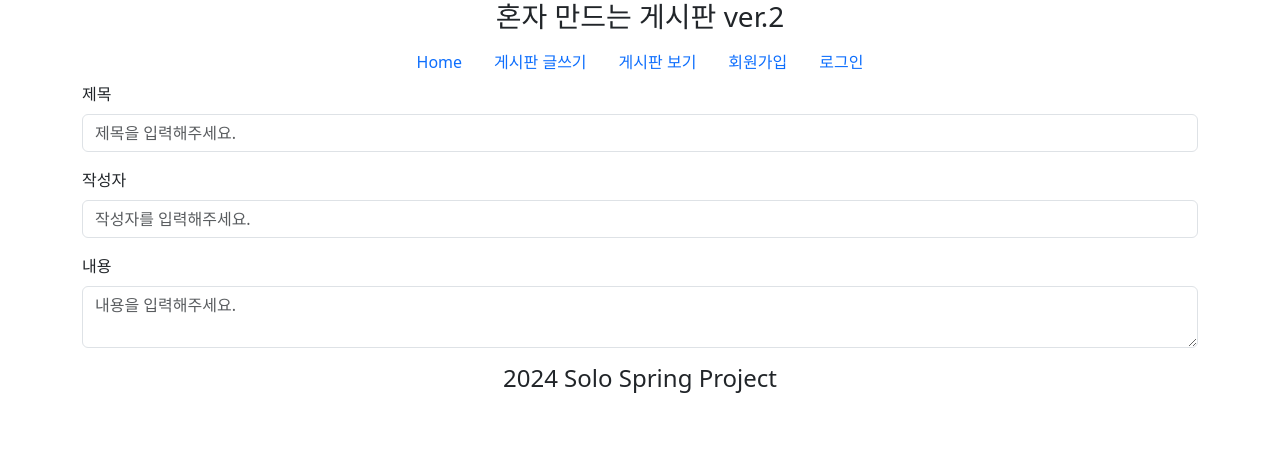
Repository: nefer2/Spring_test
Page: http://localhost/spring_test7/WEB-INF/views/board/register.jsp
An editor plug-in stored every save of this project. The page is shown before and after the next save, followed by the edit.
The browser window is 1280 px wide. The pictures show the whole page.
The page is served by Tomcat 9. Nobody is signed in. The template is opened directly, without the code that normally fills it, so the values that code supplies are empty.

Above is the page before, as saved 2024-01-17 04:01:03.

After the next save:
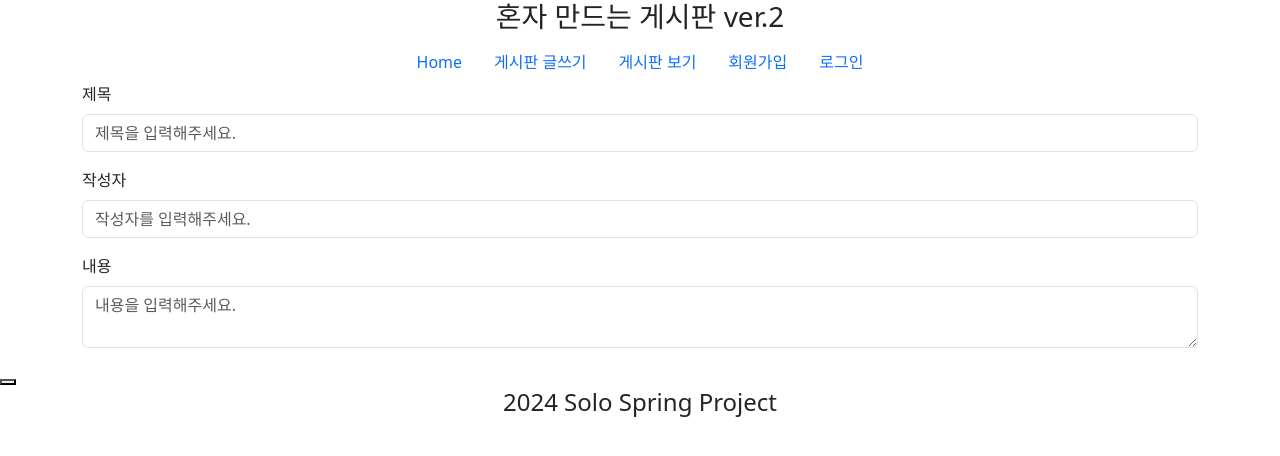
Saved 8 s later.
--- a/spring_test7/src/main/webapp/WEB-INF/views/board/register.jsp
+++ b/spring_test7/src/main/webapp/WEB-INF/views/board/register.jsp
@@ -26,7 +26,7 @@
 	</form>
 </div>
 
-
+<button></button>
 
 
 
